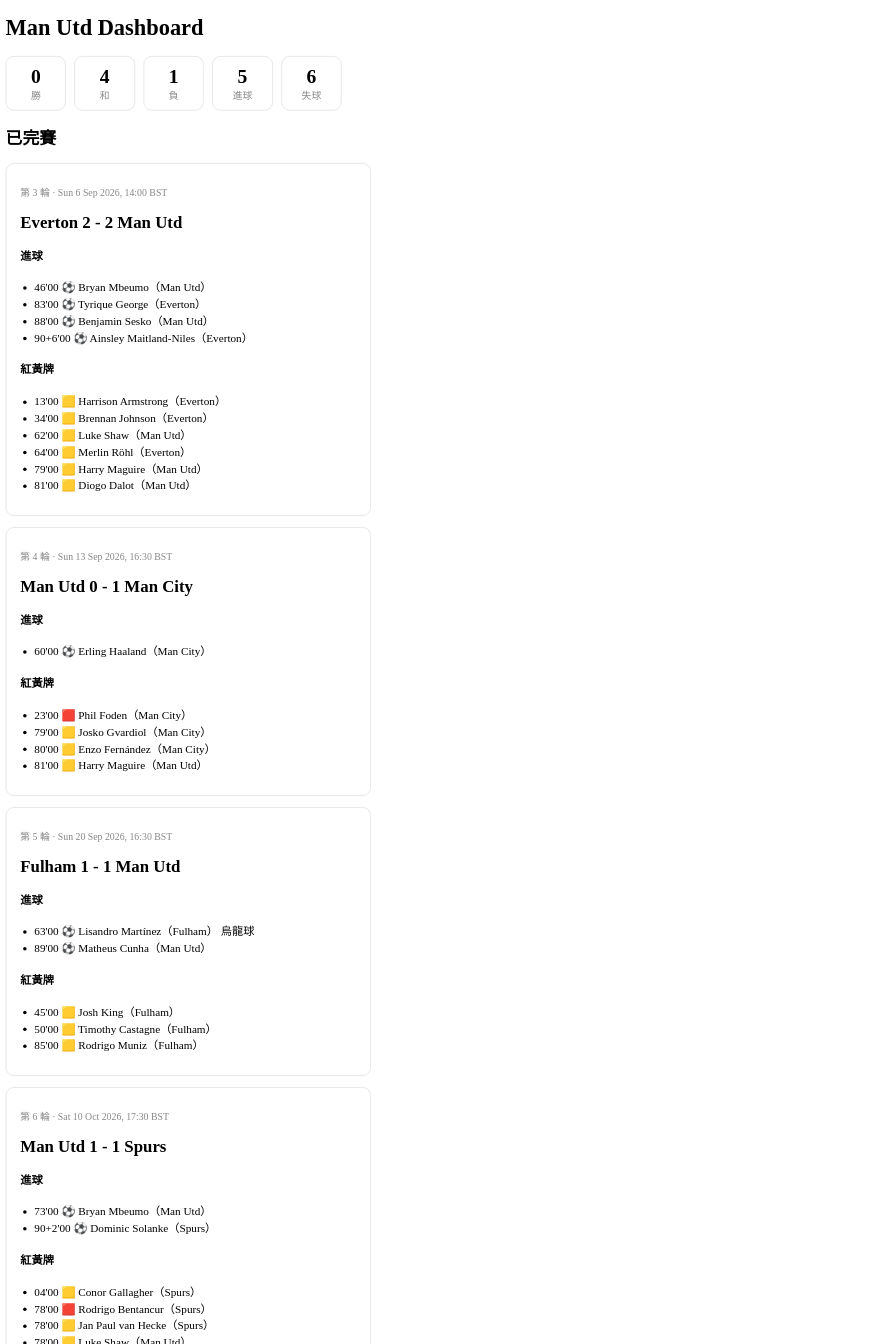
Repository: Chengyu0814/Premier-League-Dashboard
Page: / (app in frontend/)
These files come from the project's save history. The page is drawn as it stood at one moment and after the next save; the edit follows.
The browser window is 1280 px wide. The pictures show the part of the page from y = 0 to 1920 px (the page is 3008 px tall), at 70% of full size.
The project was rebuilt for these pictures with package versions that can differ from the ones it lists, and the page was loaded fresh each time. Also part of the build but not shown: frontend/vite.config.js.

Above is the page before, as saved 2026-10-26 15:51:23.

After the next save:
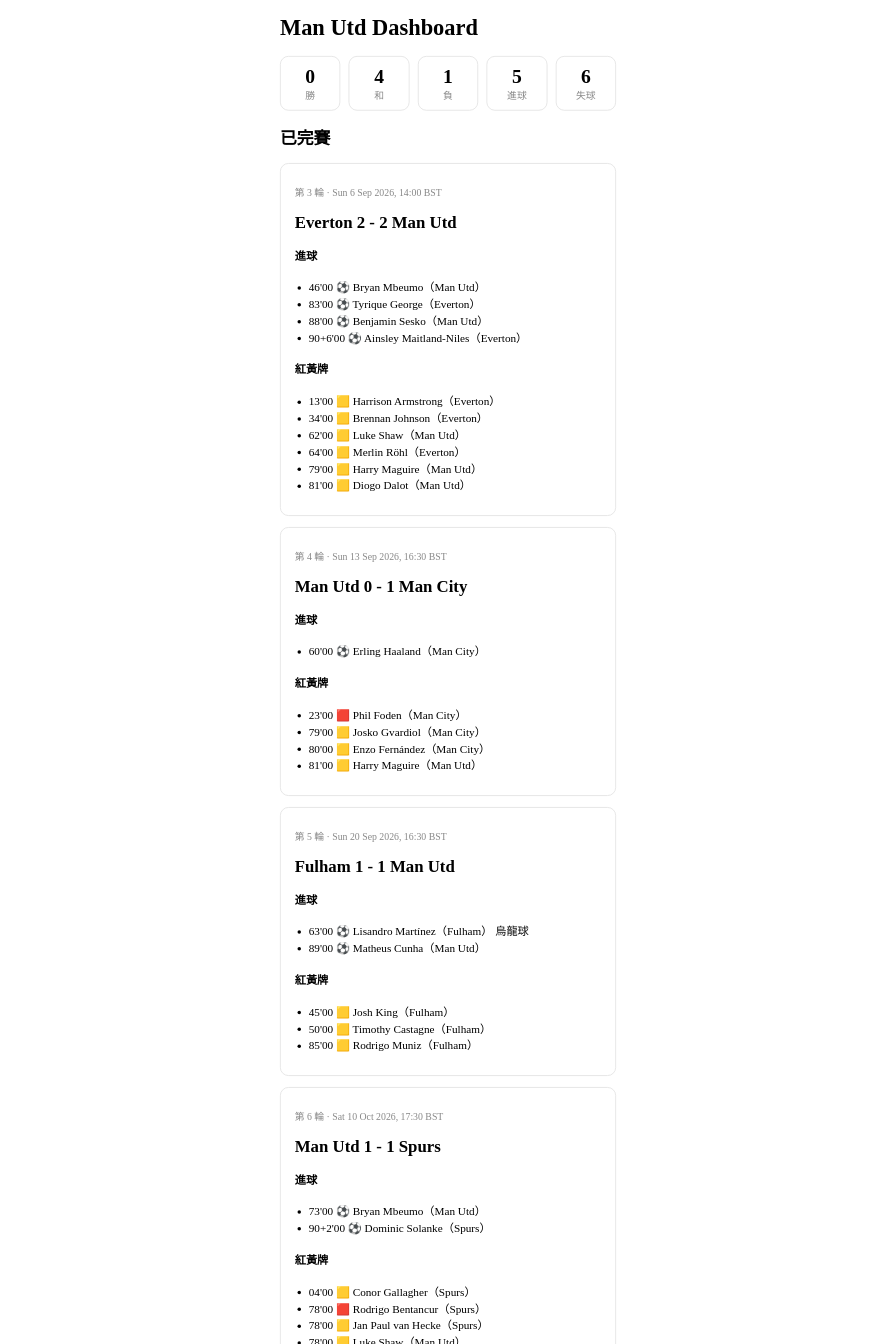
Saved 29 s later.
--- a/frontend/src/index.css
+++ b/frontend/src/index.css
@@ -1,3 +1,9 @@
+  .dashboard {
+      max-width: 480px;
+      margin: 0 auto;
+      padding: 0 16px;
+  }
+
 .match-card{
     border: 1px solid #ddd;
     border-radius: 12px;
